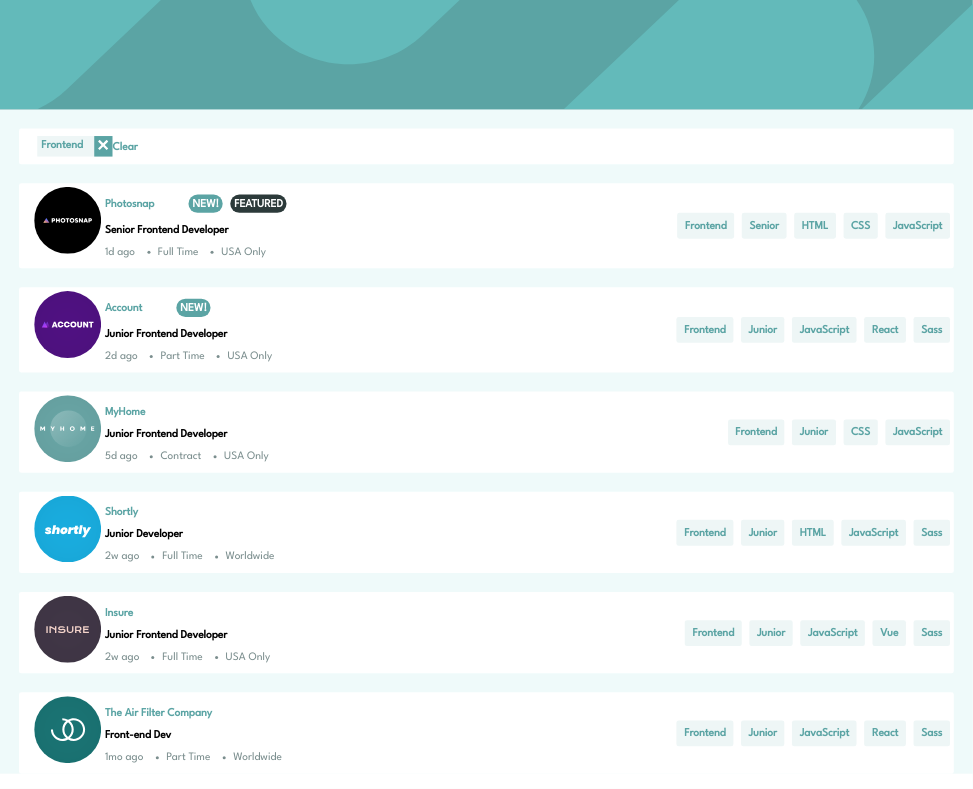
Repository: DevLaukey/job-listing
Page: /, after clicking the first element matching `div.category`
An editor plug-in stored every save of this project. The page is shown before and after the next save, followed by the edit.
The browser window is 1280 px wide. The pictures show the whole page, at 76% of full size.
Some web fonts or font styles are not loaded; a fallback is used. The project was rebuilt for these pictures with package versions that can differ from the ones it lists, and the page was loaded fresh each time.

Above is the page before, as saved 2022-06-06 00:49:08.

After the next save:
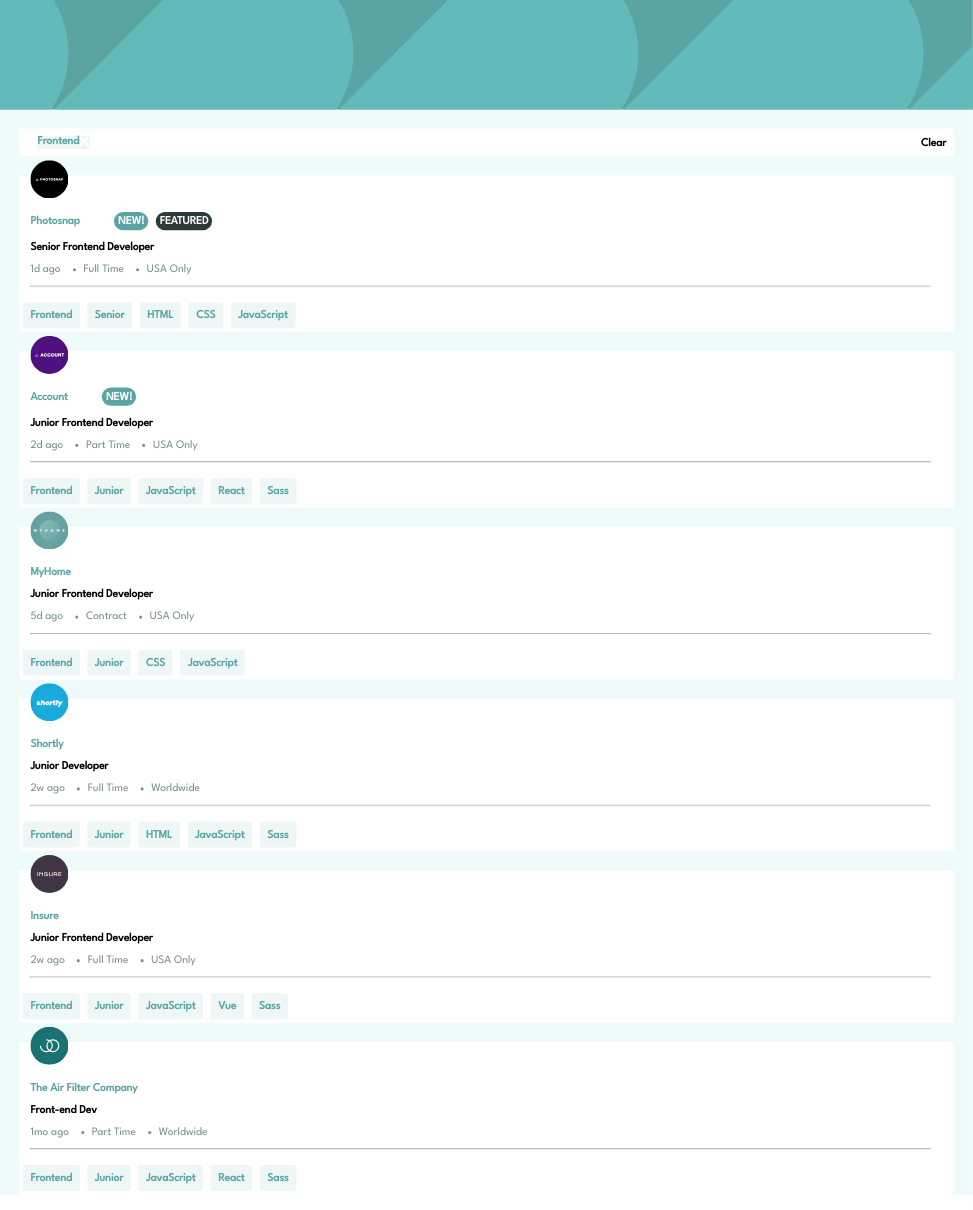
Saved 35 s later.
--- a/src/components/styles.css
+++ b/src/components/styles.css
@@ -96,10 +96,10 @@
   color: hsl(180, 29%, 50%);
   display: flex;
   margin-left: 2vh;
-  /* flex-wrap: wrap; */
+  flex-wrap: wrap; */
   /* align-items: center;
   justify-content:center;
-  margin-bottom: 15px; */
+  margin-bottom: 15px;
 }
 .front-end {
   padding: 5px;

After the save that followed:
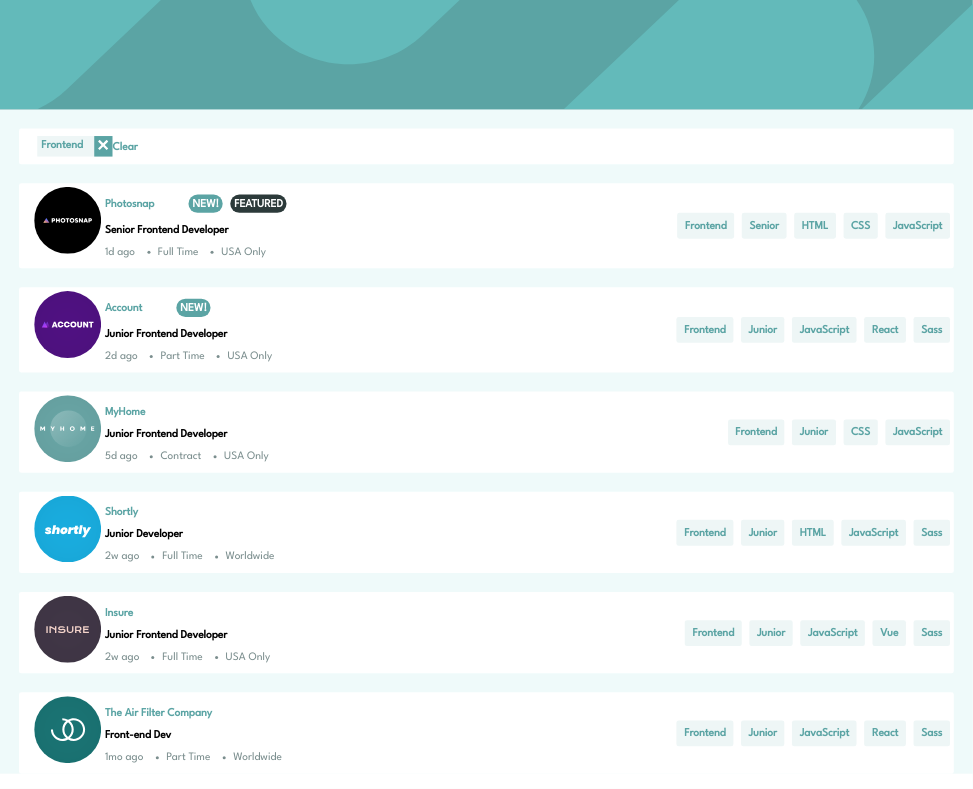
Saved 10 s later.
--- a/src/components/styles.css
+++ b/src/components/styles.css
@@ -96,10 +96,10 @@
   color: hsl(180, 29%, 50%);
   display: flex;
   margin-left: 2vh;
-  flex-wrap: wrap; */
-  /* align-items: center;
+  flex-wrap: wrap;
+  /* /* align-items: center;
   justify-content:center;
-  margin-bottom: 15px;
+  margin-bottom: 15px; */
 }
 .front-end {
   padding: 5px;
